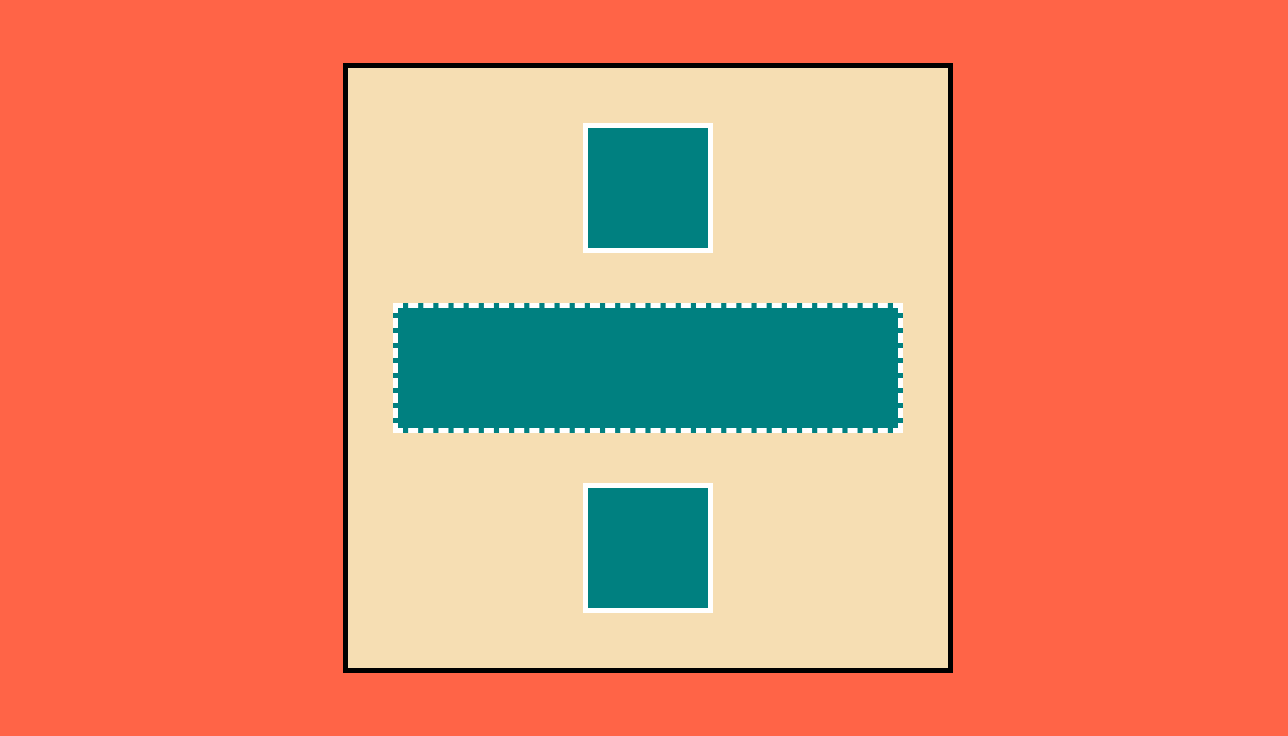
Repository: haleyjung/box-layout_ui
Page: index.html
An editor plug-in stored every save of this project. The page is shown before and after the next save, followed by the edit.
The browser window is 1280 px wide. The page is 1288 px wide, then 1280 px, so the pictures cover 1288 px, including what lies to the right of the window. The pictures show the whole page.

Above is the page before, as saved 2020-11-15 16:41:56.

After the next save:
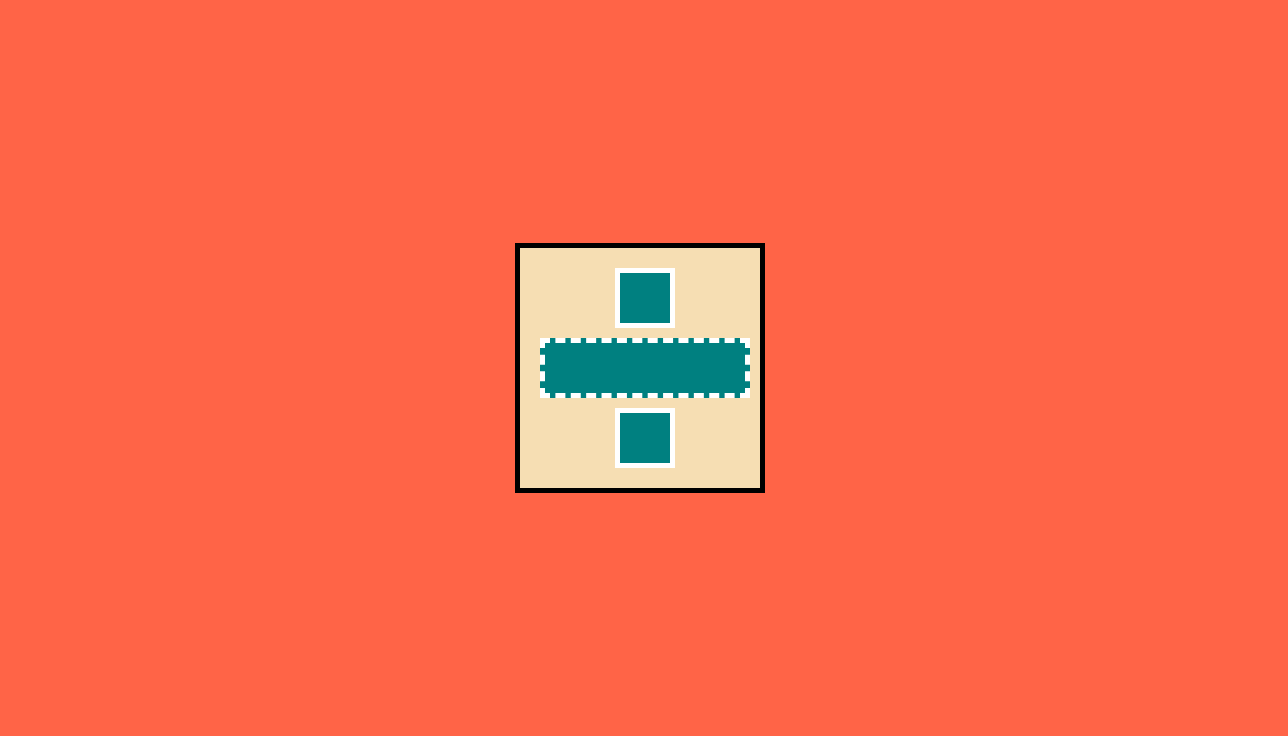
Saved 3 min 4 s later.
--- a/index.html
+++ b/index.html
@@ -8,9 +8,9 @@
   </head>
   <body>
     <div class="box-container">
-      <div class="box-top"></div>
-      <div class="box-mid"></div>
-      <div class="box-bottom"></div>
+      <div class="box"></div>
+      <div class="box box-mid"></div>
+      <div class="box"></div>
     </div>
   </body>
 </html>
--- a/style.css
+++ b/style.css
@@ -1,6 +1,5 @@
 body {
   background-color: #ff6447;
-  width: 100vw;
   height: 100vh;
   display: flex;
   justify-content: center;
@@ -8,35 +7,26 @@ body {
 }
 
 .box-container {
+  height: 200px;
+  width: 200px;
+  padding: 20px;
+  display: flex;
+  flex-direction: column;
+  align-items: center;
+  justify-content: space-between;
+  flex-wrap: wrap;
+  background-color: #f6deb3;
   border: 5px solid black;
-  background-color: #f6deb3;
-  height: 600px;
-  width: 600px;
-  display: flex;
-  justify-content: center;
-  align-items: center;
-  flex-direction: column;
 }
 
-.box-top {
+.box {
+  height: 50px;
+  width: 50px;
+  background-color: #008080;
   border: 5px solid white;
-  background-color: #008080;
-  width: 120px;
-  height: 120px;
-  margin-bottom: 50px;
 }
 
 .box-mid {
-  border: 5px dashed white;
-  background-color: #008080;
-  width: 500px;
-  height: 120px;
+  width: 100%;
+  border-style: dashed;
 }
-
-.box-bottom {
-  border: 5px solid white;
-  background-color: #008080;
-  width: 120px;
-  height: 120px;
-  margin-top: 50px;
-}
